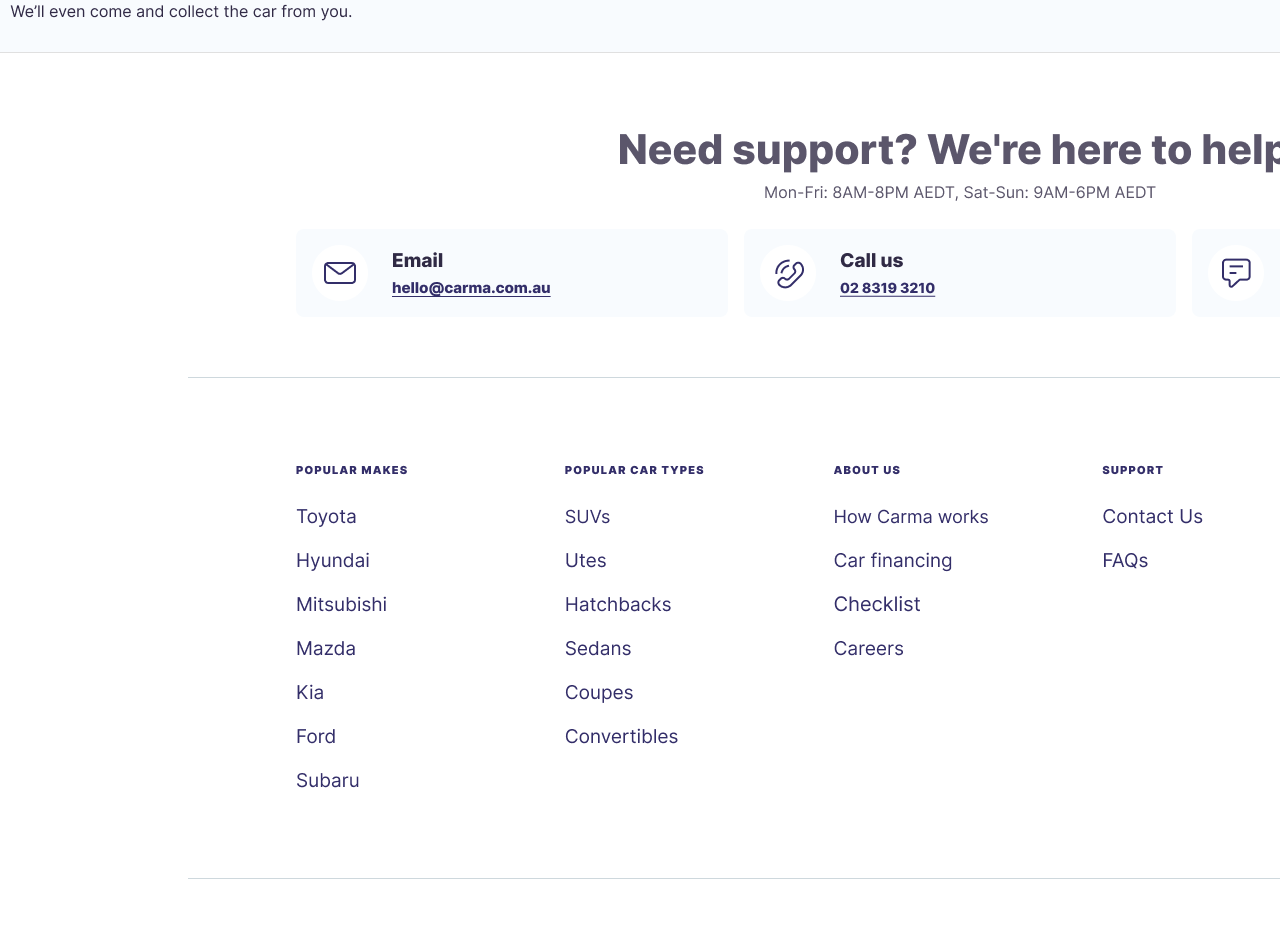
Repository: KHANas02/project
Page: index.html
The author's editor kept a copy of each file at every save. The page is drawn from the files as they stood at one save, then again after the next save.
The browser window is 1280 px wide. The pictures show the part of the page from y = 1096 to 2048 px (the page is 2048 px tall before and 1548 px after).

Above is the page before, as saved 2024-03-31 21:43:12.

### index.html
<!DOCTYPE html>
<html lang="en">
  <head>
    <meta charset="UTF-8" />
    <meta name="viewport" content="width=device-width, initial-scale=1.0" />
    <title>by_me</title>
  </head>
  <link rel="stylesheet" href="./style.css" />
  <link rel="stylesheet" href="./media.css" />
  <body>
    <div class="div1">
      <div class="section1">
        <div class="section1text">
          <b
            >Sell or trade in your <br />
            car with us</b
          >
          <br />
          <br />

          <img src="Section.png" alt="" class="section1photo" />
        </div>
      </div>
    </div>
    <div class="seciton2">
      <div class="seciton2img1">
        <img src="div img1.png" alt="" />
      </div>
      <div class="seciton2img2">
        <img src="div (2).png" alt="" class="section2img2" />
      </div>
      <div class="seciton2img3">
        <img src="div (3).png" alt="" />
      </div>
    </div>

<div class="footer">
  <!-- <img src="Footer.png" alt="" class="footer1"> -->
</div>

  </body>
</html>

### style.css
.section1 {
  width: 100%;
  height: 500px;
  background-image: url(https://s3-alpha-sig.figma.com/img/86fe/255f/e03f2da3b25937c8cb1c2a74028eb3ad?Expires=1712534400&Key-Pair-Id=APKAQ4GOSFWCVNEHN3O4&Signature=pn~z3YThs1wl5Y0Wfhk~03bT84deIkKZy~~ViNb8p7GILtPJxnwJ3nbUUL65ldgiivaH30h7trtS2bEDOwae8yvul9GAZ-YMWeTW7EMM~Ei84BmvK2UWqeqftqZm0PMWPqpVA1lGNVhbxGvyrhY1iEYltm7p5t9OfBln-ZTisd6695e97gCmaWRLMnVwUO5fQ3CYvWKElSl3uRAL2laEn7uDtpQqVEruZXj8KgVYJyjMAWXe~4EXdGHynypWnZdDh958Cdy4LaHzdezNt~HSDZKrSe6S-PqvEwvXFK1EjV-My8TTX0KLEncR6UDPFA5N1mDHXqqrj2ecqQoQMWxfog__);
  background-repeat: no-repeat;
  background-size: cover;
  margin: 0 auto;
}
.section1text {
  font-family: Inter;
  font-size: 30px;
  font-weight: 700;
  line-height: 40px;
  text-align: center;
  color: aliceblue;
  position: relative;
  top: 60px;
}

.section1photo {
  width: 300px;
  height: 300px;
  position: relative;
  top: -15px;
  margin: 0 auto;
}
.section2 {
  display: flex;
  align-items: center;
  justify-content: center;
}
.section3img {
  width: 100%;
  height: 400px;
}
body {
  background-color: #f8fbfe;
  margin: 0 auto;
}
.footer {
  background-image: url(Footer.png);
  width: 100%;
  height: 900px;
  background-repeat: no-repeat;
}

### media.css
@media screen and (min-width: 425px) and (max-width: 767px) {
  img {
    display: flex;
    align-items: center;
    justify-content: center;
  }
  .img {
    width: 60%;
    height: auto;
  }
  .footer {
    width: 100%;
    height: 700px;

    background-image: url(footer2.png);
    background-repeat: no-repeat;
    background-size: cover;
    margin: 0 auto;
  }
}

After the next save:
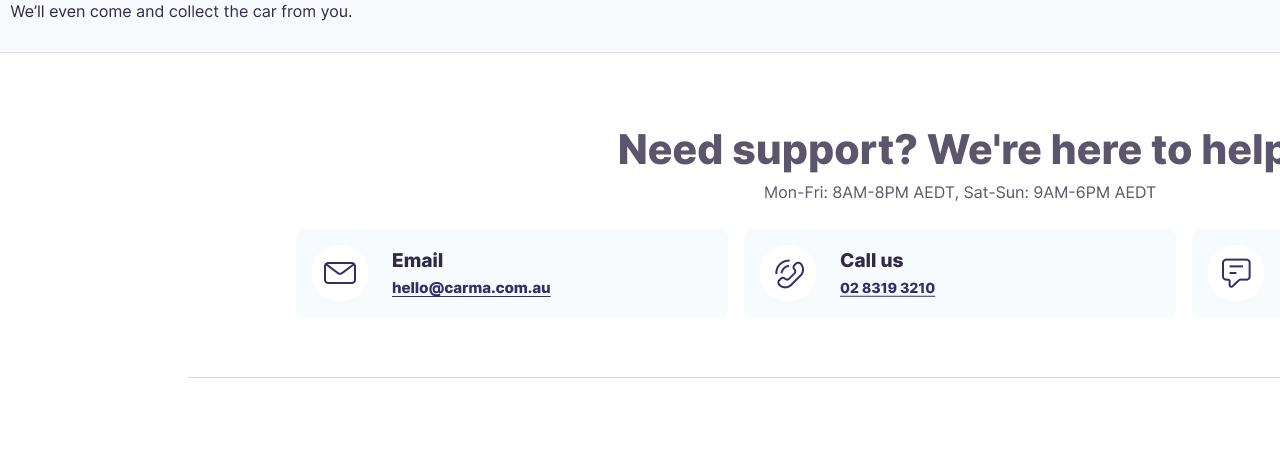
Saved 30 s later.
--- a/style.css
+++ b/style.css
@@ -40,6 +40,6 @@
 .footer {
   background-image: url(Footer.png);
   width: 100%;
-  height: 900px;
+  height: 400px;
   background-repeat: no-repeat;
 }
